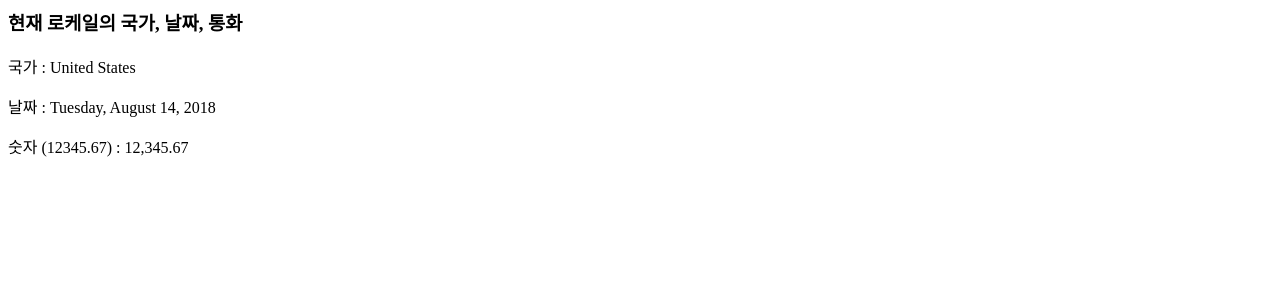
Repository: hodob/JSP_Practice
Page: http://localhost/JSP_WebMarket_JJH/ch09_ex/locale01.jsp
An editor plug-in stored every save of this project. The page is shown before and after the next save, followed by the edit.
The browser window is 1280 px wide. The pictures show the whole page.
The page is served by Tomcat 9. Other server files are loaded and not shown.

Above is the page before, as saved 2022-08-11 06:12:11.

### JSP_WebMarket_JJH/WebContent/ch09_ex/locale01.jsp
<%@ page contentType="text/html; charset=utf-8"%>
<%@page import="java.text.NumberFormat"%>
<%@page import="java.text.DateFormat"%>
<%@page import="java.util.*"%>
<html>
<head>
<title>Internationalization</title>
</head>
<body>
	<h3>현재 로케일의 국가, 날짜, 통화</h3>
	<%
		Locale locale = request.getLocale();
		Date currentDate = new Date();
		DateFormat dateFormat = DateFormat.getDateInstance(DateFormat.FULL, locale);
		NumberFormat numberFormat = NumberFormat.getNumberInstance(locale);
	%>
	<p> 국가 : <%=locale.getDisplayCountry()%>
	<p> 날짜 : <%=dateFormat.format(currentDate)%>
	<p> 숫자 (12345.67) : <%=numberFormat.format(12345.67)%>
</body>
</html>

After the next save:
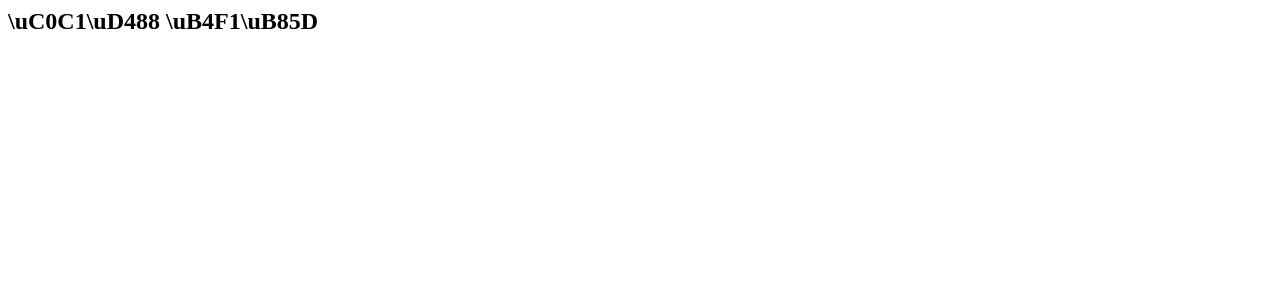
Saved 27 min 35 s later.
--- a/JSP_WebMarket_JJH/WebContent/ch09_ex/locale01.jsp
+++ b/JSP_WebMarket_JJH/WebContent/ch09_ex/locale01.jsp
@@ -7,15 +7,6 @@
 <title>Internationalization</title>
 </head>
 <body>
-	<h3>현재 로케일의 국가, 날짜, 통화</h3>
-	<%
-		Locale locale = request.getLocale();
-		Date currentDate = new Date();
-		DateFormat dateFormat = DateFormat.getDateInstance(DateFormat.FULL, locale);
-		NumberFormat numberFormat = NumberFormat.getNumberInstance(locale);
-	%>
-	<p> 국가 : <%=locale.getDisplayCountry()%>
-	<p> 날짜 : <%=dateFormat.format(currentDate)%>
-	<p> 숫자 (12345.67) : <%=numberFormat.format(12345.67)%>
+	<h2>\uC0C1\uD488 \uB4F1\uB85D</h2>
 </body>
 </html>
